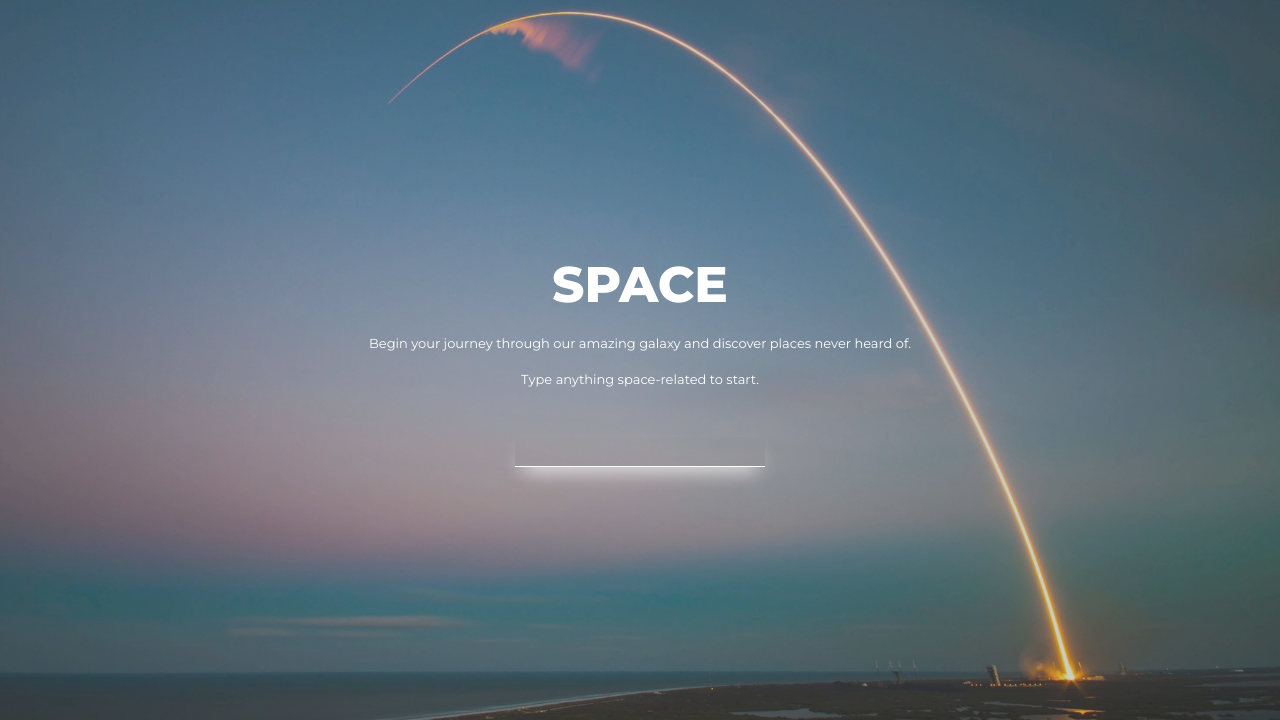
Repository: pmor80/spacer
Page: /
The author's editor kept a copy of each file at every save. The page is drawn from the files as they stood at one save, then again after the next save.
The browser window is 1280 px wide. The pictures show the whole page.
The first visible `input` has the focus.
The project was rebuilt for these pictures with package versions that can differ from the ones it lists, and the page was loaded fresh each time.

Above is the page before, as saved 2019-07-02 16:05:37.

After the next save:
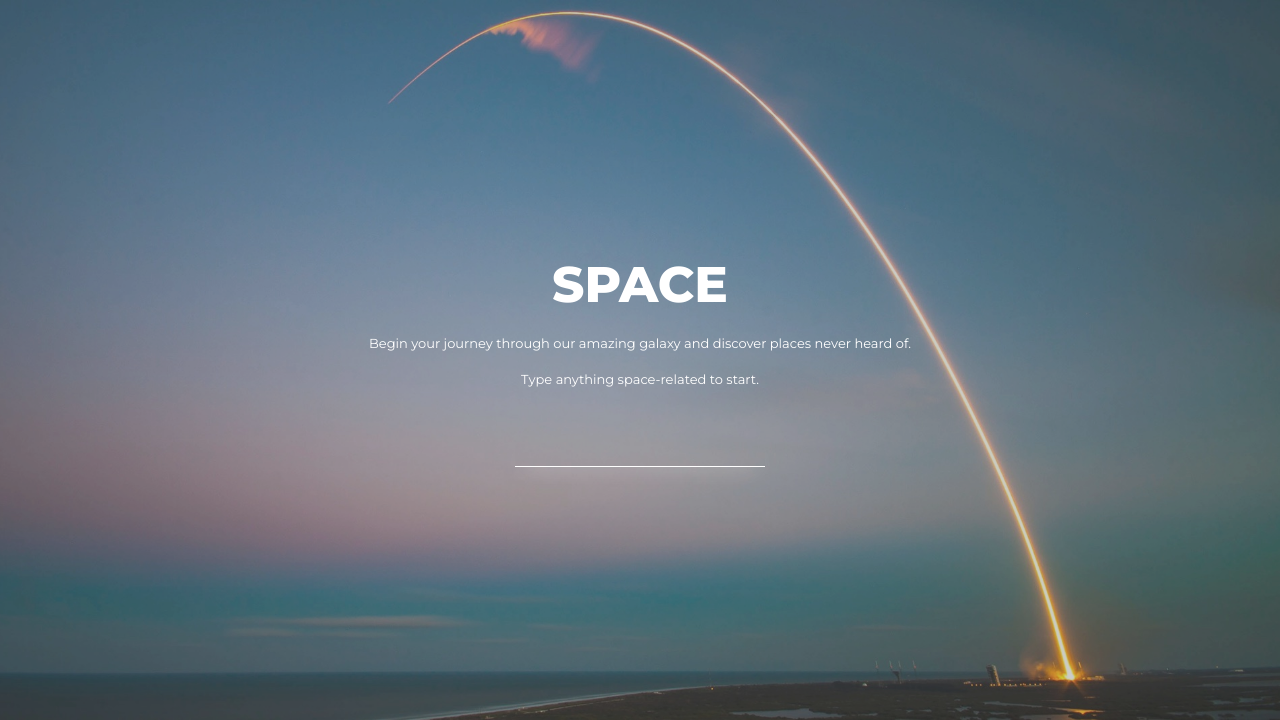
Saved 23 s later.
--- a/src/components/SearchInput.vue
+++ b/src/components/SearchInput.vue
@@ -26,7 +26,7 @@ export default {
   }
   input:focus {
     outline: none;
-    box-shadow: 0 10px 20px -8px white;
+    box-shadow: 0 10px 20px -8px rgba(255, 255, 255, 0.2);
   }
 }
 </style>
